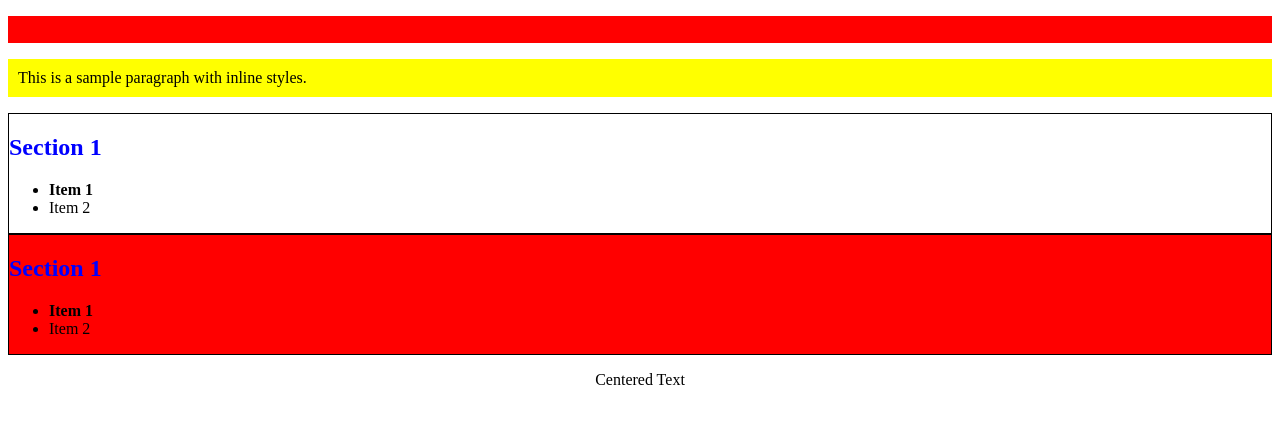
Repository: harshitanthal1/assignments_avisoft
Page: 31-01-2024/assignment_2/index.html
An editor plug-in stored every save of this project. The page is shown before and after the next save, followed by the edit.
The browser window is 1280 px wide. The pictures show the whole page.

Above is the page before, as saved 2024-01-31 14:18:30.

After the next save:
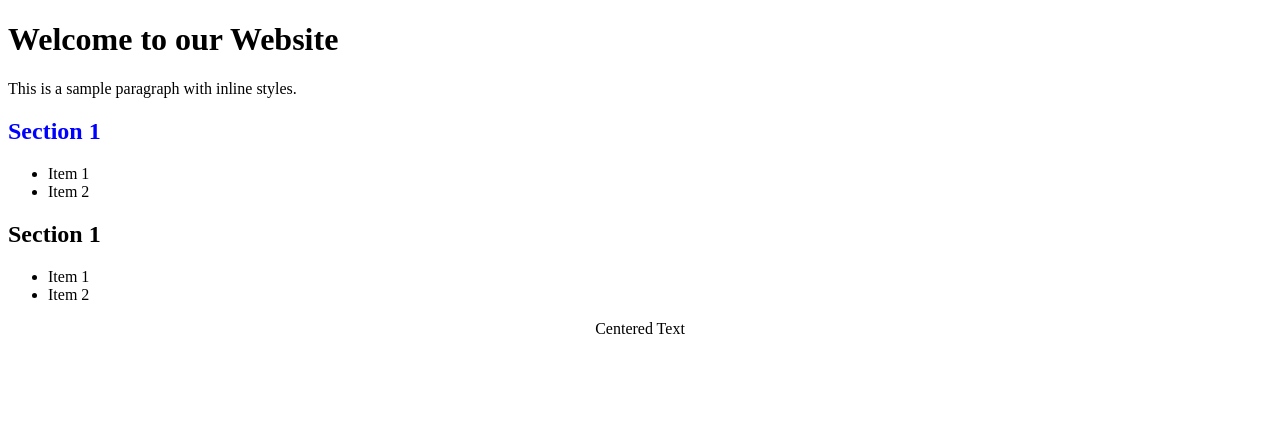
Saved 13 min 21 s later.
--- a/31-01-2024/assignment_2/index.html
+++ b/31-01-2024/assignment_2/index.html
@@ -5,20 +5,20 @@
     <link rel="stylesheet" href="styles/styles.css">
 </head>
 <body>
-    <h1 style="color: red; font-size: 24px; background: red;">Welcome to our Website</h1>
-    <p style="background-color: yellow; padding: 10px;">This is a sample paragraph with inline styles.</p>
-    <div style="border: 1px solid black;">
+    <h1>Welcome to our Website</h1>
+    <p id="para1">This is a sample paragraph with inline styles.</p>
+    <div id="sec1">
         <h2 style="color: blue;">Section 1</h2>
         <ul>
-            <li style="font-weight: bold;">Item 1</li>
-            <li style="font-weight: italic;">Item 2</li>
+            <li class="point1">Item 1</li>
+            <li class="point2">Item 2</li>
         </ul>
     </div>
-    <div style="border: 1px solid black; background: red;">
-        <h2 style="color: blue;">Section 1</h2>
+    <div id="sec2">
+        <h2>Section 1</h2>
         <ul>
-            <li style="font-weight: bold;">Item 1</li>
-            <li style="font-weight: italic;">Item 2</li>
+            <li class="point1">Item 1</li>
+            <li class="point2">Item 2</li>
         </ul>
     </div>
     <p style="text-align: center;">Centered Text</p>
